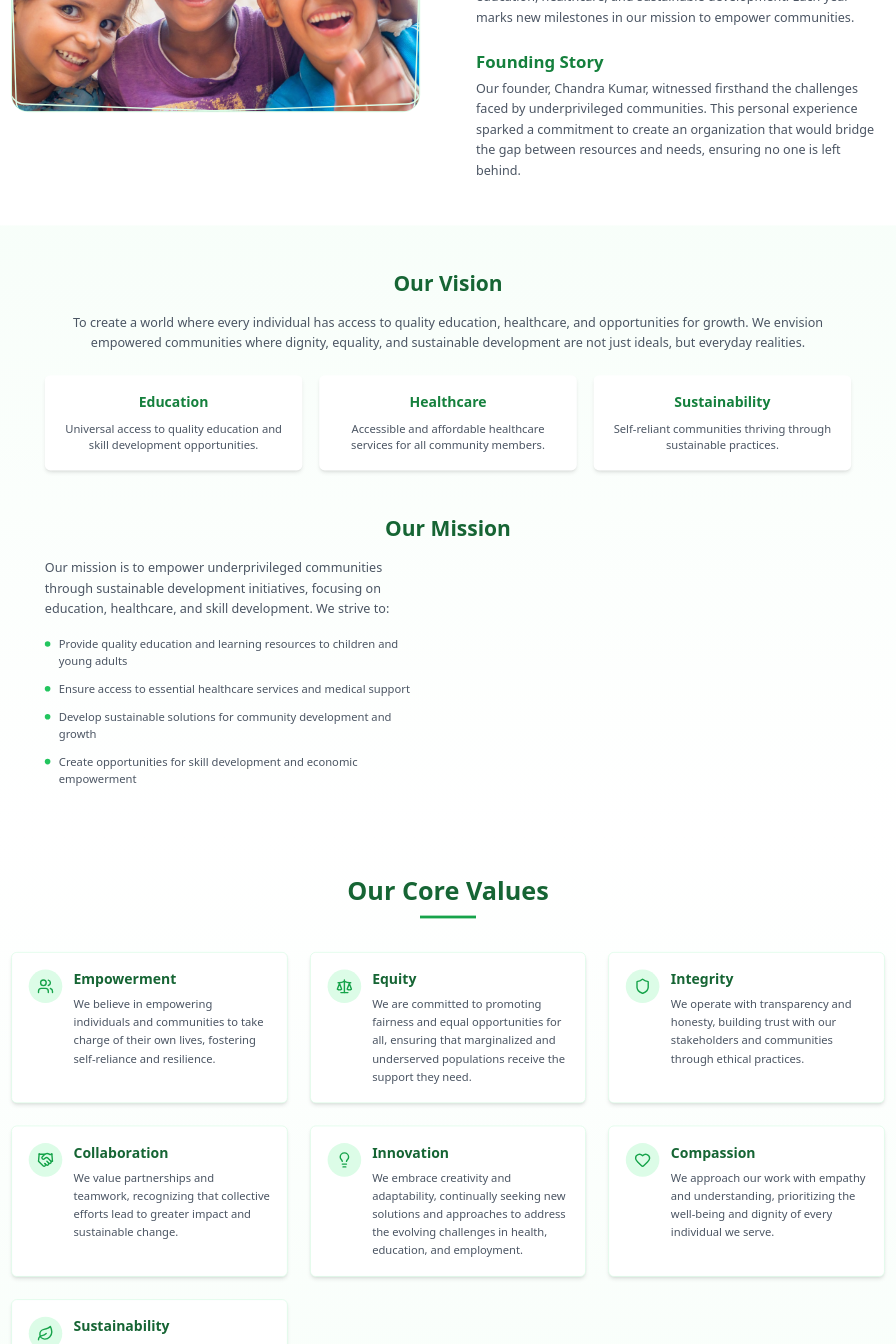
Repository: rajukumar2003/chandra-foundation
Page: /aboutus
The author's editor kept a copy of each file at every save. The page is drawn from the files as they stood at one save, then again after a run of saves.
The browser window is 1280 px wide. The pictures show the part of the page from y = 1130 to 3050 px (the page is 3643 px tall), at 70% of full size.
The project was rebuilt for these pictures with package versions that can differ from the ones it lists, and the page was loaded fresh each time. The framework's server and built-in components were replaced by stand-ins that run in the browser. Also part of the build but not shown: next.config.ts.

Above is the page before, as saved 2025-01-30 20:09:55.

After the next 3 saves:
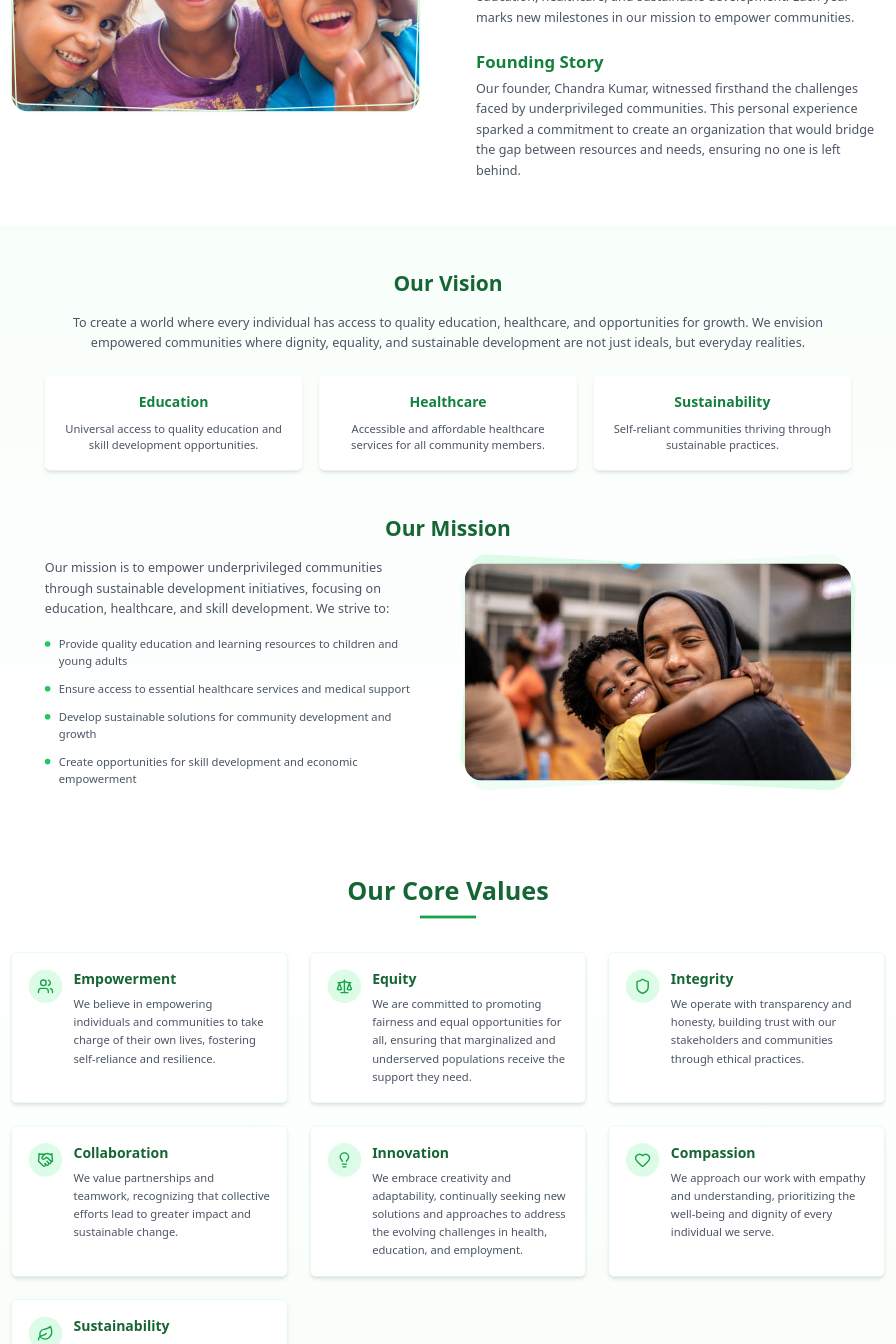
The 3 saves are shown as one change because they came seconds apart.
The last was saved 15 s later.
--- a/app/components/VisionMission.tsx
+++ b/app/components/VisionMission.tsx
@@ -88,7 +88,7 @@ export default function VisionMission() {
                 </li>
               </ul>
             </div>
-            <div className="relative aspect-16/9">
+            <div className="relative aspect-[16/9]">
               <div className="absolute inset-0 bg-green-100 rounded-3xl transform rotate-3"></div>
               <div className="absolute inset-0 bg-green-50 rounded-3xl transform -rotate-3"></div>
               <div className="relative h-full rounded-3xl overflow-hidden">
